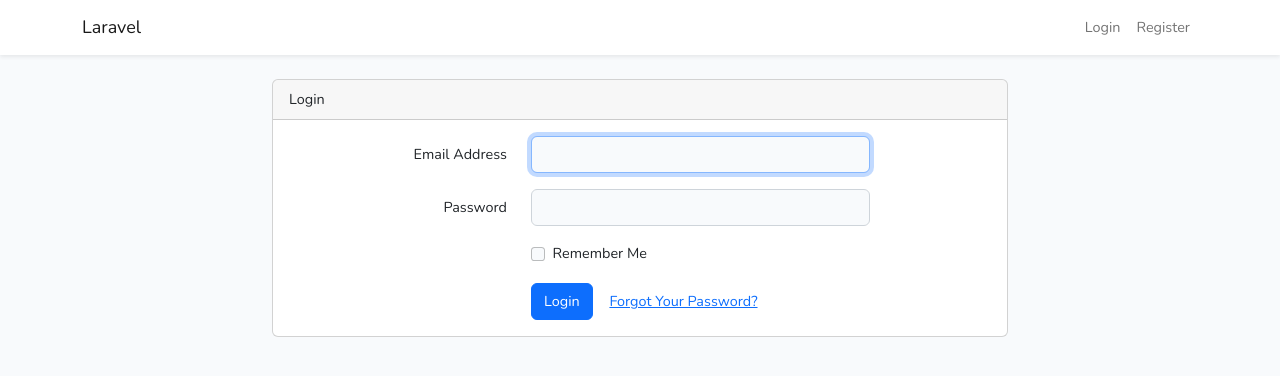
Repository: Hellcat98/Practica_laravel_alfredo
Page: http://localhost/login
An editor plug-in stored every save of this project. The page is shown before and after the next save, followed by the edit.
The browser window is 1280 px wide. The pictures show the whole page.
The page is served by the project's Laravel application, run on PHP 8.4 with Laravel 10. Other server files are loaded and not shown. Style sheets and scripts are compiled from the project's sources, by tool versions that may differ from the author's.

Above is the page before, as saved 2023-06-11 17:15:36.

### routes/web.php
<?php

use App\Http\Controllers\ProyectoController;
use Illuminate\Support\Facades\Route;

/*
|--------------------------------------------------------------------------
| Web Routes
|--------------------------------------------------------------------------
|
| Here is where you can register web routes for your application. These
| routes are loaded by the RouteServiceProvider and all of them will
| be assigned to the "web" middleware group. Make something great!
|
*/

Route::get('/', function () {
    return view('welcome');
});

Route::resource('proyecto',ProyectoController::class);

Auth::routes();

Route::get('/home', [App\Http\Controllers\HomeController::class, 'index'])->name('home');

### resources/views/layouts/app.blade.php
<!doctype html>
<html lang="{{ str_replace('_', '-', app()->getLocale()) }}">
<head>
    <meta charset="utf-8">
    <meta name="viewport" content="width=device-width, initial-scale=1">

    <!-- CSRF Token -->
    <meta name="csrf-token" content="{{ csrf_token() }}">

    <title>{{ config('app.name', 'Laravel') }}</title>

    <!-- Fonts -->
    <link rel="dns-prefetch" href="//fonts.bunny.net">
    <link href="https://fonts.bunny.net/css?family=Nunito" rel="stylesheet">

    <!-- Scripts -->
    @vite(['resources/sass/app.scss', 'resources/js/app.js'])
</head>
<body>
    <div id="app">
        <nav class="navbar navbar-expand-md navbar-light bg-white shadow-sm">
            <div class="container">
                <a class="navbar-brand" href="{{ url('/') }}">
                    {{ config('app.name', 'Practica Proyectos') }}
                </a>
                <button class="navbar-toggler" type="button" data-bs-toggle="collapse" data-bs-target="#navbarSupportedContent" aria-controls="navbarSupportedContent" aria-expanded="false" aria-label="{{ __('Toggle navigation') }}">
                    <span class="navbar-toggler-icon"></span>
                </button>

                <div class="collapse navbar-collapse" id="navbarSupportedContent">
                    <!-- Left Side Of Navbar -->
                    <ul class="navbar-nav me-auto">

                    </ul>

                    <!-- Right Side Of Navbar -->
                    <ul class="navbar-nav ms-auto">
                        <!-- Authentication Links -->
                        @guest
                            @if (Route::has('login'))
                                <li class="nav-item">
                                    <a class="nav-link" href="{{ route('login') }}">{{ __('Login') }}</a>
                                </li>
                            @endif

                            @if (Route::has('register'))
                                <li class="nav-item">
                                    <a class="nav-link" href="{{ route('register') }}">{{ __('Register') }}</a>
                                </li>
                            @endif
                        @else
                            <li class="nav-item dropdown">
                                <a id="navbarDropdown" class="nav-link dropdown-toggle" href="#" role="button" data-bs-toggle="dropdown" aria-haspopup="true" aria-expanded="false" v-pre>
                                    {{ Auth::user()->name }}
                                </a>

                                <div class="dropdown-menu dropdown-menu-end" aria-labelledby="navbarDropdown">
                                    <a class="dropdown-item" href="{{ route('logout') }}"
                                       onclick="event.preventDefault();
                                                     document.getElementById('logout-form').submit();">
                                        {{ __('Logout') }}
                                    </a>

                                    <form id="logout-form" action="{{ route('logout') }}" method="POST" class="d-none">
                                        @csrf
                                    </form>
                                </div>
                            </li>
                        @endguest
                    </ul>
                </div>
            </div>
        </nav>

        <main class="py-4">
            @yield('content')
        </main>
    </div>
</body>
</html>

Loaded but not shown: app/Http/Controllers/Auth/ConfirmPasswordController.php (common file); app/Http/Controllers/Controller.php (common file); app/Http/Controllers/Auth/LoginController.php (common file); resources/views/auth/login.blade.php (common file); resources/sass/app.scss (common file); resources/sass/_variables.scss (common file)

After the next save:
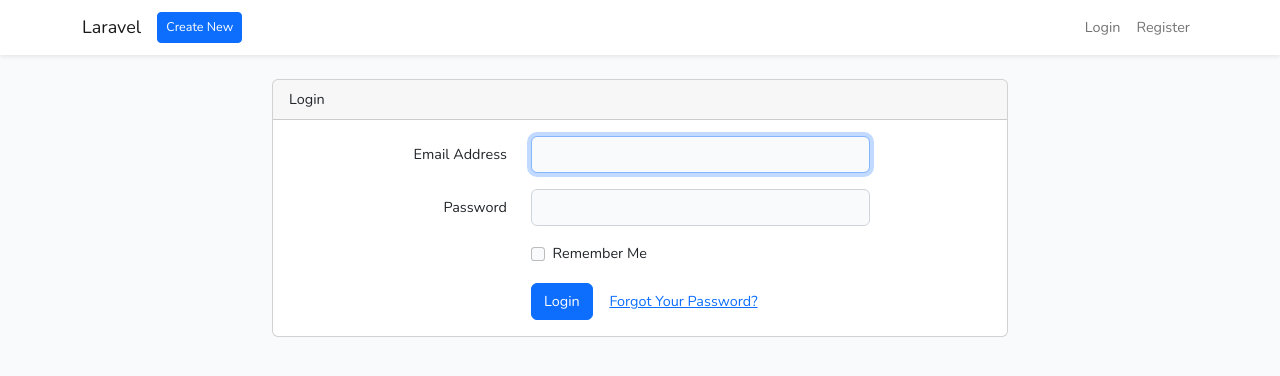
Saved 14 s later.
--- a/resources/views/layouts/app.blade.php
+++ b/resources/views/layouts/app.blade.php
@@ -30,6 +30,11 @@
                 <div class="collapse navbar-collapse" id="navbarSupportedContent">
                     <!-- Left Side Of Navbar -->
                     <ul class="navbar-nav me-auto">
+                        <div class="float-right">
+                            <a href="{{ route('proyecto.create') }}" class="btn btn-primary btn-sm float-right"  data-placement="left">
+                              {{ __('Create New') }}
+                            </a>
+                          </div>
 
                     </ul>
 
